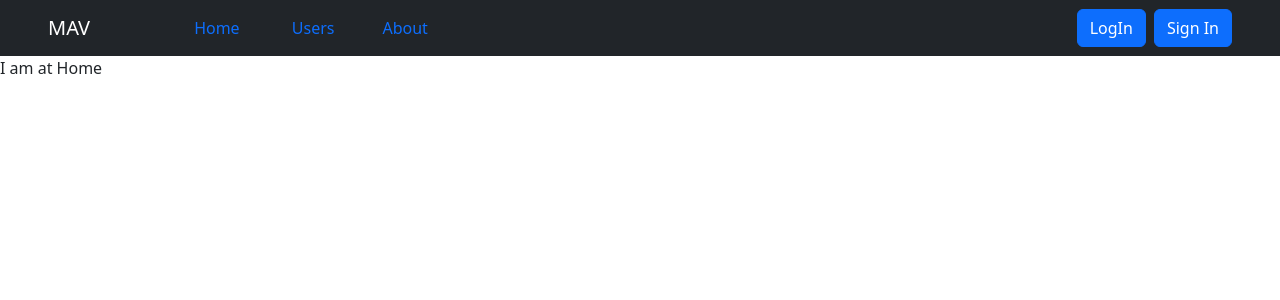
Repository: Dekabrist94/Bootstrap-First-Page
Page: /
These files come from the project's save history. The page is drawn as it stood at one moment and after the next save; the edit follows.
The browser window is 1280 px wide. The pictures show the whole page.
The project was rebuilt for these pictures with package versions that can differ from the ones it lists, and the page was loaded fresh each time. Also part of the build but not shown: src/components/Users.js, src/components/About.js.

Above is the page before, as saved 2023-04-14 12:11:11.

After the next save:
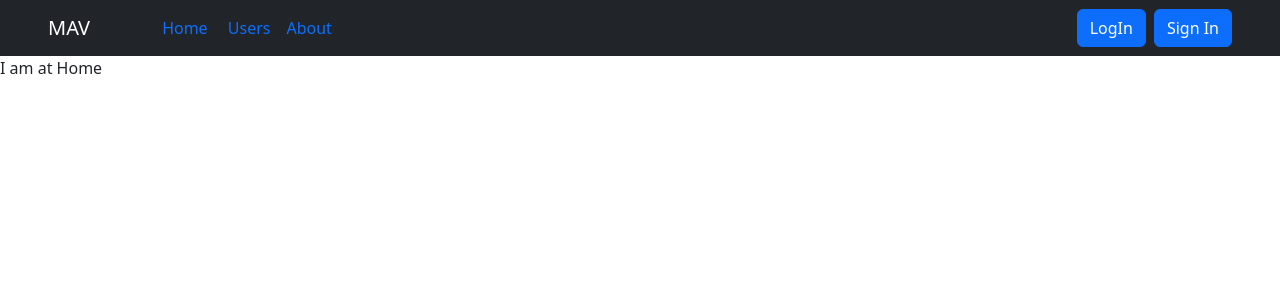
Saved 11 s later.
--- a/src/components/Navibar.js
+++ b/src/components/Navibar.js
@@ -12,14 +12,14 @@ export const Navibar = () => {
           {/*Razvernut Menu */}
           <Nav className="me-auto ">
             <Nav.Link>
-              <Link className="ms-5 text-decoration-none" to="/">
+              <Link className="ms-3 text-decoration-none" to="/">
                 Home
               </Link>
-              <Link className="ms-5 text-decoration-none" to="/users">
+              <Link className="ms-3 text-decoration-none" to="/users">
                 {' '}
                 Users
               </Link>
-              <Link className="ms-5  text-decoration-none" to="/about">
+              <Link className="ms-3  text-decoration-none" to="/about">
                 About
               </Link>{' '}
             </Nav.Link>
